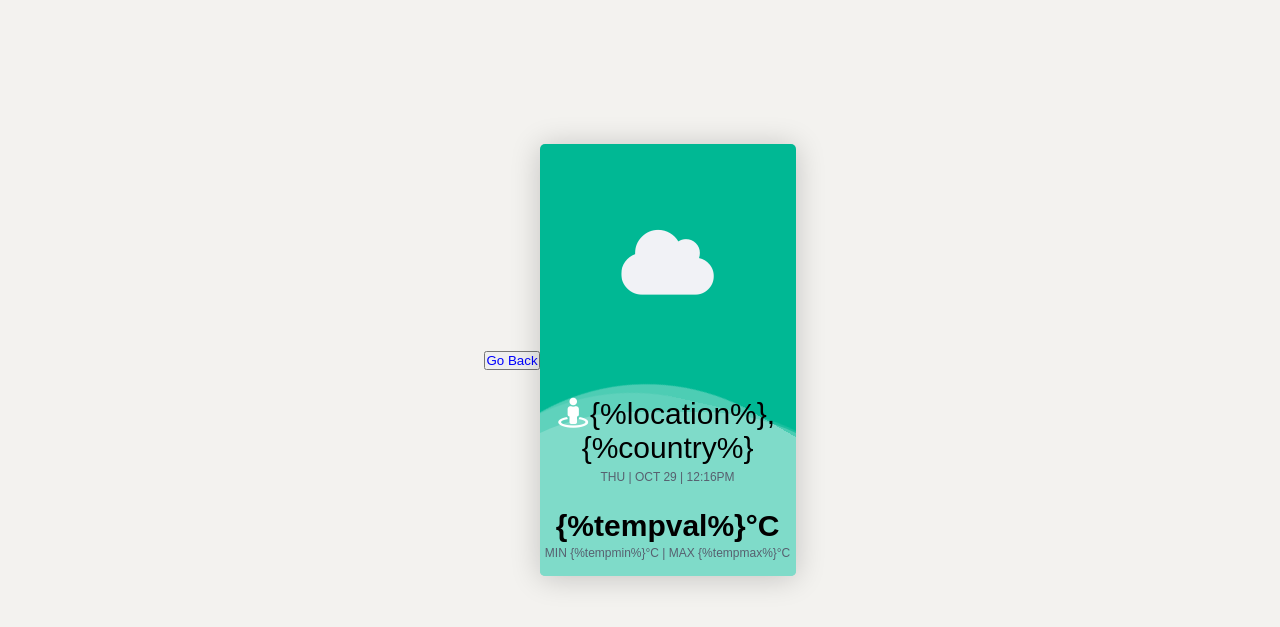
Repository: AalokJadhav/Weather_Website
Page: home.html
These files come from the project's save history. The page is drawn as it stood at one moment and after the next save; the edit follows.
The browser window is 1280 px wide. The pictures show the whole page.
Some web libraries are served in a nearby version.

Above is the page before, as saved 2020-11-03 08:32:16.

After the next save:
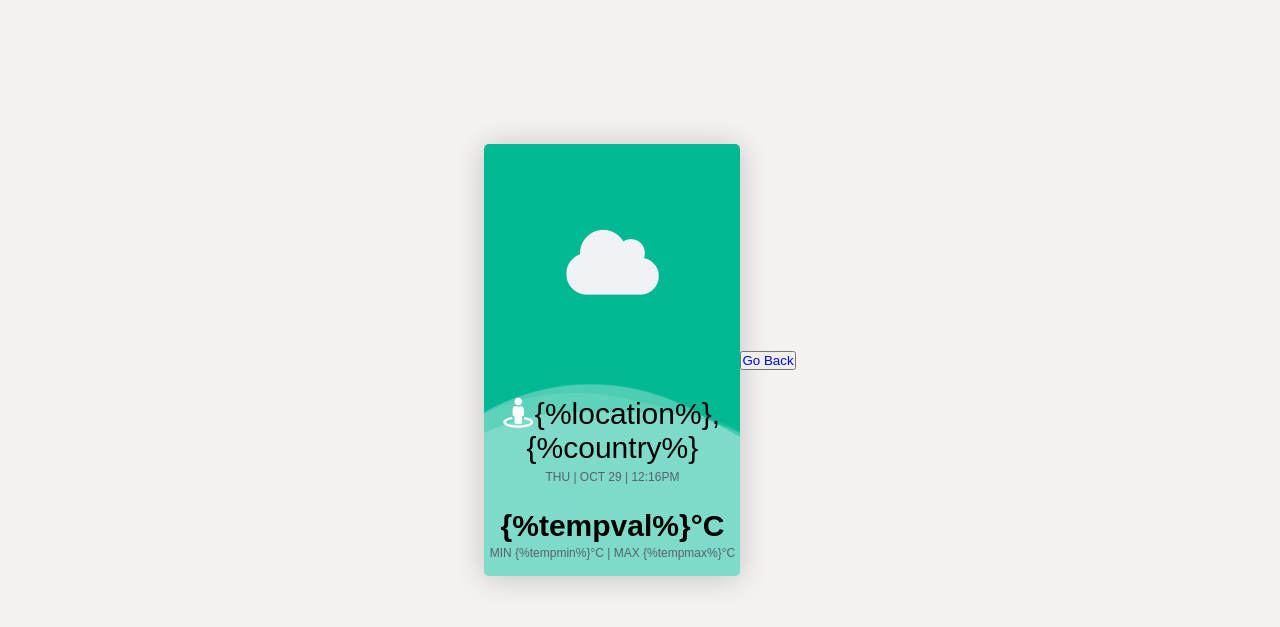
Saved 23 s later.
--- a/home.html
+++ b/home.html
@@ -211,7 +211,6 @@
     <title>Weather App</title>
 </head>
 <body>
-    <button onclick="goBack()" style="color: blue; position:relative;">Go Back</button>
 
     <div class="box">
         <div class="wave -one"></div>
@@ -229,6 +228,8 @@
             <h3 class="tempmin_max">MIN {%tempmin%}&deg;C | MAX {%tempmax%}&deg;C</h3>
         </div>
     </div>
+<br>
+<button onclick="goBack()" style="color: blue; position:relative;">Go Back</button>
 
     <script>
         const curDate = document.getElementById('date');
